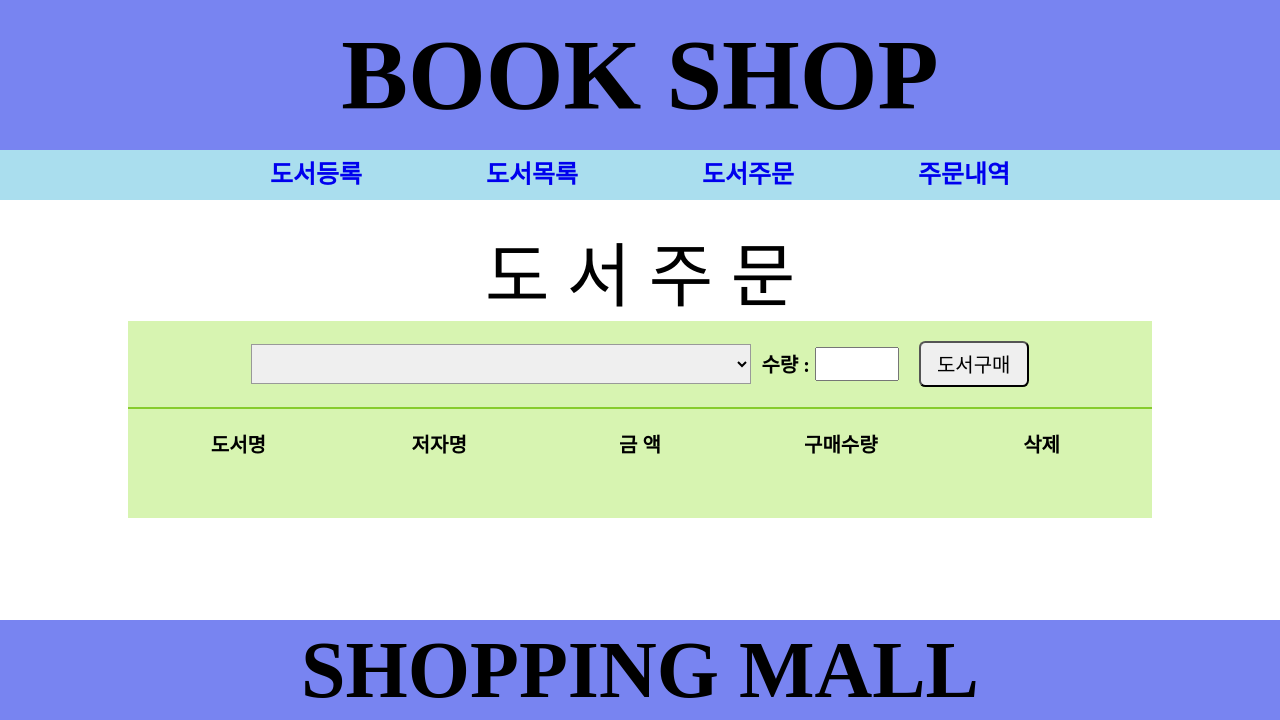
Repository: eunmiyo/BookShop
Page: http://localhost/Book/buy.jsp
The author's editor kept a copy of each file at every save. The page is drawn from the files as they stood at one save, then again after the next save.
The browser window is 1280 px wide. The pictures show the whole page.
The page is served by Tomcat 9. Other server files are loaded and not shown. The template is opened directly, without the code that normally fills it, so the values that code supplies are empty.

Above is the page before, as saved 2022-12-29 06:27:40.

### Book/src/main/webapp/buy.jsp
<%@ page language="java" contentType="text/html; charset=UTF-8"
    pageEncoding="UTF-8"%>

<%@ taglib prefix="c" uri="http://java.sun.com/jsp/jstl/core"%>
<!DOCTYPE html>
<html>
<head>
<meta charset="UTF-8">
<title>Insert title here</title>

<meta http-equiv="X-UA-Compatible" content="IE=edge" />
<meta name="viewport" content="width=device-width, initial-scale=1.0" />
<link rel="stylesheet" href="style.css">
</head>
<body>
	<%@ include file="top.jsp"%>
		<table class="wap">
			<caption>도 서 주 문</caption>
			<tr class="bar">
				<td>
				<select name="select">
					<option></option>
				<c:forEach var="book" items="${bookList}" varStatus="status">
					<option value="${book.title} / ${book.writer} / ${book.price}">${book.title} / ${book.writer} / ${book.price}원</option>
				</c:forEach>
				</select>
				<b>수량 : </b>
				<input type="text" class="count" name="count">
				<button class="btn" type="button" onclick="bookadd();">도서구매</button>
				</td>
			</tr>

			<table class="buyList">
				<tr>
					<th>도서명</th>
					<th>저자명</th>
					<th>금 액</th>
					<th>구매수량</th>
					<th>삭제</th>
				</tr>
				<tr>
					<td></td>
				</tr>
			</table>
		</table>
	<%@ include file="footer.jsp"%>
	<script type="text/javascript" src="./jquery-3.6.3.js"></script>
	<script type="text/javascript" src="./script.js"></script>
</body>
</html>

### Book/src/main/webapp/top.jsp
<%@ page language="java" contentType="text/html; charset=UTF-8"
    pageEncoding="UTF-8"%>
<!DOCTYPE html>
<html>
<head>
<meta charset="UTF-8">
<title>Insert title here</title>
<link rel="stylesheet" href="style.css">
</head>
<body>
	<header>BOOK SHOP</header>
	<nav>
		<ul>
			<li><a href="add">도서등록</a></li>
			<li><a href="list">도서목록</a></li>
			<li><a href="buy">도서주문</a></li>
			<li><a href="order">주문내역</a></li>
		</ul>
	</nav>
</body>
</html>

### Book/src/main/webapp/footer.jsp
<%@ page language="java" contentType="text/html; charset=UTF-8"
    pageEncoding="UTF-8"%>
<!DOCTYPE html>
<html>
<head>
<meta charset="UTF-8">
<title>Insert title here</title>
<link rel="stylesheet" href="style.css">
</head>
<body>
	<footer>SHOPPING MALL</footer>
</body>
</html>

### Book/src/main/webapp/style.css
@charset "UTF-8";

* {
	margin: 0;
	padding: 0;
}

body {
	overflow: hidden;
}

header {
	top: 0;
	width: 100%;
	text-align: center;
	background: #7884F1;
	color: black;
	height: 150px;
	line-height: 150px;
	font-size: 100px;
	font-weight: bold;
}

nav ul {
	height: 50px;
	line-height: 50px;
	width: 100%;
	background: #AADEEE;
	color: black;
	text-align: center;
}

nav ul li {
	list-style: none;
	padding: 0 60px;
	display: inline-block;
	font-weight: bold;
	font-size: 25px;
}

section {
	position: absolute;
	overflow: auto;
	width: 100%;
	height: 100%;
	background: white;
}

a {
	text-decoration: none;
}

a:hover {
	cursor: pointer;
}

img {
	margin: auto;
    display: block;
    padding: 100px;
    width: 40%;
}

caption {
	font-size: 70px;
	margin-top: 20px;
	text-align: center;
}

table {
	padding-top: 50px;
	background: #D7F4B1;
	margin-left:auto;
    margin-right:auto;
    border-collapse: collapse;
	font-size: 20px;
	width: 50%;
}

.booklist{
	font-size: 15px;
	width: 80%;
	height: 90%;
}

.wap {
	border-collapse: collapse;
	width: 80%;
	height: 80%;
}

.buyList {
	border-collapse: collapse;
	width: 80%;
	height: 80%;
}



.bar {
	border-bottom: 2px solid #86CC2C;
}

tr, td, th {
	display: flex;
	justify-content: center;
	align-items: center;
	padding: 10px;
}

th{
	width: 20%;
}

.list{
	width: 20%;
	padding: 0;
}

input {
	height: 30px;
	width: 300px;
}

b {
	margin-left: 10px;
}

.count {
	margin-left: 5px;
	height: 30px;
	width: 80px;
}

.btn {
	padding: 0.4rem 1rem;
	border-radius: 0.4rem;
	font-size: 20px;
	margin-left: 20px;
	text-align: center;
}

.orderbtn {
	padding: 0.4rem 1rem;
	border-radius: 0.4rem;
	font-size: 20px;
	text-align: center;

}

select {
	width: 500px;
	padding: .8em .5em;
	border: 1px solid #999;
	font-family: inherit;
	border-radius: 0px;
}

footer {
	position: fixed;
	bottom: 0;
	width: 100%;
	text-align: center;
	background: #7884F1;
	color: black;
	height: 100px;
	line-height: 100px;
	font-size: 80px;
	font-weight: bold;
}

### Book/src/main/webapp/script.js
function fn_submit() {
	var f = document.frm;

	if(f.title.value == "") {
		alert("도서명이 입력되지 않았습니다!")
		f.title.focus();
		return false;
	}

	if(f.writer.value == "") {
		alert("저자명이 입력되지 않았습니다!")
		f.writer.focus();
		return false;
	}

	if(f.price.value == "") {
		alert("금액이 입력되지 않았습니다!")
		f.price.focus();
		return false;
	}

	if(f.stock.value == "") {
		alert("재고수량이 입력되지 않았습니다!")
		f.stock.focus();
		return false;
	}

	f.submit();
}

function chkDelete(no) {
	const result = confirm("삭제하시겠습니까?");

	if(result){
			const url = location.origin; //'http://localhost:8090'
			location.href = url + "/Book/delete?no=" + no; //페이지이동

		} else {
			return false;
		}
}

function bookadd() {
  var book = $(".bar select").val();
  var cnt = $(".count").val();
  var test = book.split("/");

  console.log(test[0]);
  console.log(test[1]);
  console.log(test[2]);

  var tdbookname = "<td>" + test[0] + "</td>";
  var tdbookperson = "<td>" + test[1] + "</td>";
  var tdbookprice = "<td>" + test[2] + "</td>";
  var tdbookcnt = "<td>" + cnt + "</td>";
  var tddelbtn = "<td><button>삭제</button></td>";

 var tr = "<tr>" + tdbookname + tdbookperson + tdbookprice + tdbookcnt + tddelbtn + "</tr>";

 var table = $(".buyList");
 table.append(tr);

}

Loaded but not shown: Book/src/main/webapp/jquery-3.6.3.js (library)

After the next save:
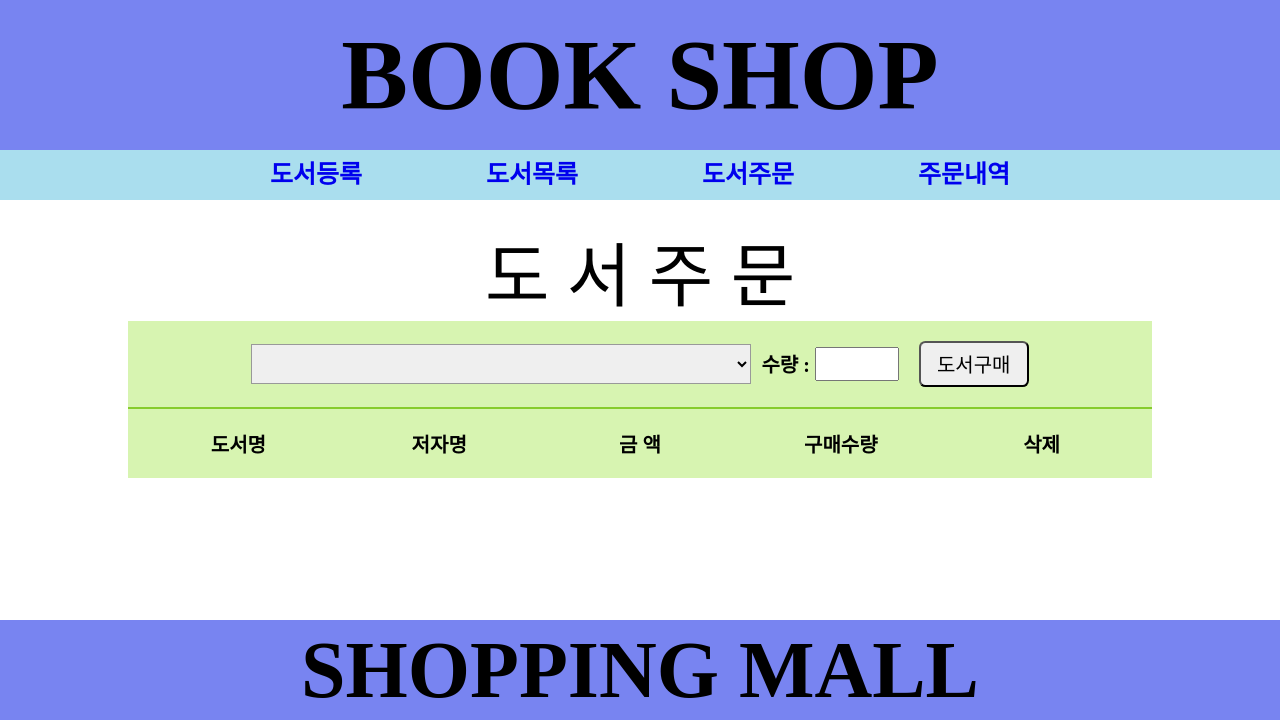
Saved 10 min 40 s later.
--- a/Book/src/main/webapp/buy.jsp
+++ b/Book/src/main/webapp/buy.jsp
@@ -38,9 +38,6 @@
 					<th>구매수량</th>
 					<th>삭제</th>
 				</tr>
-				<tr>
-					<td></td>
-				</tr>
 			</table>
 		</table>
 	<%@ include file="footer.jsp"%>
